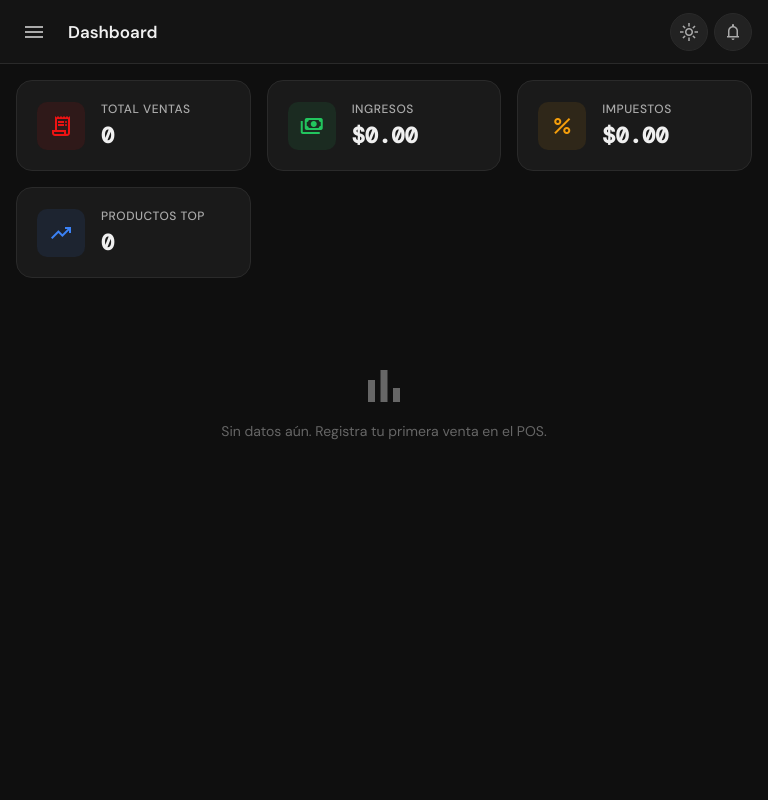
Repository: JhonnyDiaz4753/Admin_Q_sopa
Page: /
These files come from the project's save history. The page is drawn as it stood at one moment and after the next save; the edit follows.
The browser window is 768 px wide. The pictures show the whole page.
Pictures or frames that could not be fetched are drawn as grey boxes. The page's requests for data from a server got no answer. The project was rebuilt for these pictures with package versions that can differ from the ones it lists, and the page was loaded fresh each time. No one was signed in, and anything a server would have sent is missing. Also part of the build but not shown: vite.config.js.

Above is the page before, as saved 2026-03-13 19:57:50.

After the next save:
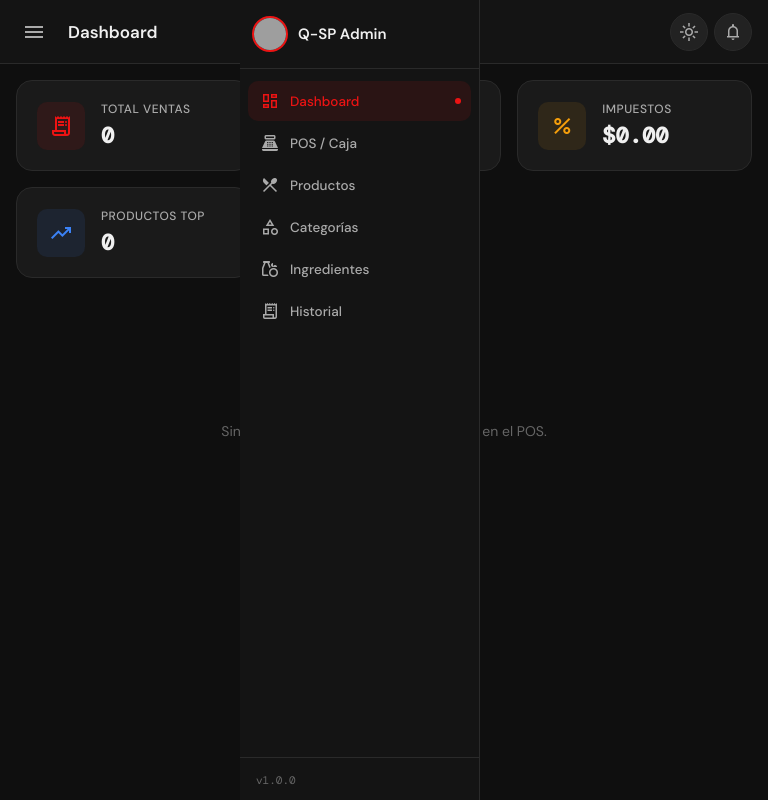
Saved 9 min 49 s later.
--- a/src/components/Sidebar/Sidebar.css
+++ b/src/components/Sidebar/Sidebar.css
@@ -113,7 +113,7 @@
 /* ── MOBILE ≤768px: sidebar oculto por defecto, visible con .mobile-open ── */
 @media (max-width: 768px) {
   .sidebar {
-    transform: translateX(-100%);
+    transform: translateX(100%);
     width: var(--sidebar-w) !important; /* siempre ancho completo en móvil */
   }
   .sidebar.mobile-open {

After the save that followed:
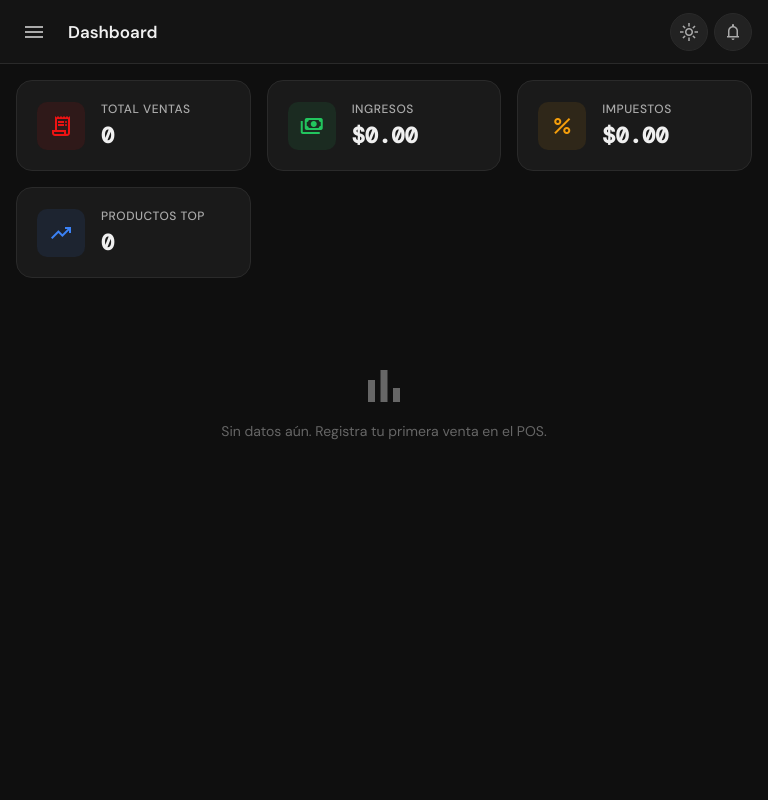
Saved 8 s later.
--- a/src/components/Sidebar/Sidebar.css
+++ b/src/components/Sidebar/Sidebar.css
@@ -113,7 +113,7 @@
 /* ── MOBILE ≤768px: sidebar oculto por defecto, visible con .mobile-open ── */
 @media (max-width: 768px) {
   .sidebar {
-    transform: translateX(100%);
+    transform: translateX(-100%);
     width: var(--sidebar-w) !important; /* siempre ancho completo en móvil */
   }
   .sidebar.mobile-open {
